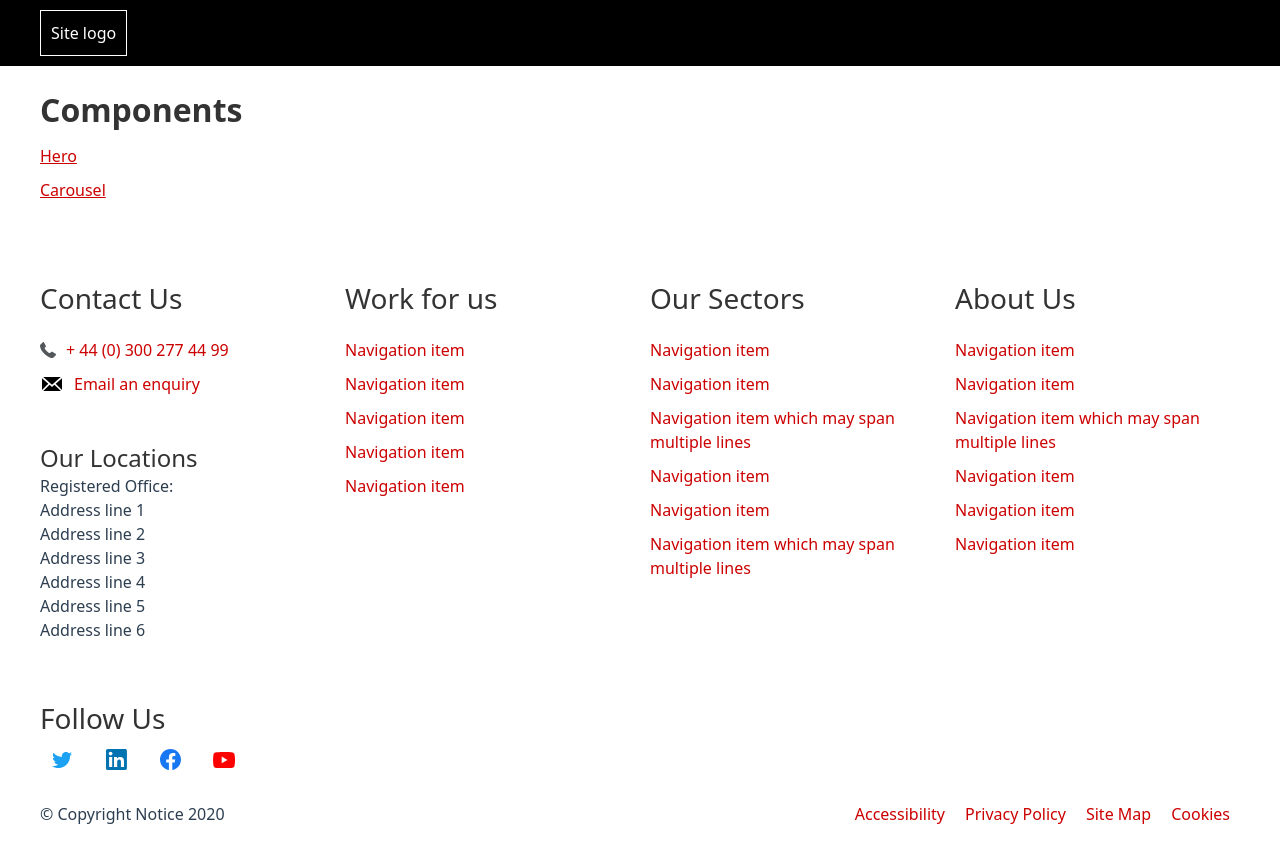
Repository: DaveBaulch/spa
Page: /
An editor plug-in stored every save of this project. The page is shown before and after the next save, followed by the edit.
The browser window is 1280 px wide. The pictures show the whole page.
The project was rebuilt for these pictures with package versions that can differ from the ones it lists, and the page was loaded fresh each time. Also part of the build but not shown: src/assets/styles/main.css.

Above is the page before, as saved 2020-10-15 08:32:22.

### public/index.html
<!DOCTYPE html>
<html lang="en">
  <head>
    <meta charset="utf-8">
    <meta http-equiv="X-UA-Compatible" content="IE=edge">
    <meta name="viewport" content="width=device-width,initial-scale=1.0">
    <link rel="icon" href="<%= BASE_URL %>favicon.ico">
    <title><%= htmlWebpackPlugin.options.title %></title>
    <link href="https://fonts.googleapis.com/css?family=Noto+Sans:400,400i,700,700i&display=swap" rel="stylesheet">

  </head>
  <body>
    <noscript>
      <strong>We're sorry but <%= htmlWebpackPlugin.options.title %> doesn't work properly without JavaScript enabled. Please enable it to continue.</strong>
    </noscript>
    <div id="app"></div>
    <!-- built files will be auto injected -->
  </body>
</html>

### src/App.vue
<template>
  <div id="app">
    <TheSkipLink>
      Skip navigation
    </TheSkipLink>
    <TheHeader @sidenavToggle="displaySidenav = !displaySidenav" />
    <TheSidenav
      :show="displaySidenav"
      @close="displaySidenav = false">
    </TheSidenav>

    <main class="main" id="main">
      <router-view />
    </main>

    <TheFooter />

    <TheScrollTopButton>
      <img src="@/assets/images/svg/chevron-up-white.svg" />
      <span class="sr-only">Back to top</span>
    </TheScrollTopButton>

  </div>
</template>

<script>
import TheHeader from './components/global/TheHeader.vue';
import TheSidenav from '@/components/global/TheSidenav'
import TheFooter from '@/components/global/TheFooter'
import TheSkipLink from '@/components/global/TheSkipLink'
import TheScrollTopButton from '@/components/global/TheScrollTopButton'


export default {
  components: {
    TheHeader,
    TheSidenav,
    TheFooter,
    TheSkipLink,
    TheScrollTopButton
  },
  data() {
    return {
      displaySidenav: false
    }
  }
};
</script>

<style lang="scss">

#app {
  // font-family: Avenir, Helvetica, Arial, sans-serif;
  -webkit-font-smoothing: antialiased;
  -moz-osx-font-smoothing: grayscale;
  text-align: left;
  color: #2c3e50;
}

#nav {
  padding: 30px;

  a {
    font-weight: bold;
    color: #2c3e50;

    &.router-link-exact-active {
      color: #42b983;
    }
  }
}
</style>

### src/assets/sass/_base-styles.scss

@import 'utilities/variables';
@import 'utilities/mixins';
@import 'utilities/animations';

@import 'base/fonts';
@import 'base/resets';
@import 'base/elements';
@import 'base/typography';
@import 'base/forms';

@import 'helpers/text';
@import 'helpers/spacing';
@import 'helpers/colors';

@import 'layout/layout';

### src/components/global/TheHeader.vue
<template>
<div class="header-container">
  <div class="container">
    <header class="header">
      <TheSideNavToggle @toggle="$emit('sidenavToggle')" />
      <div class="logo">
        <router-link to="/">Site logo</router-link>
      </div>
      <div class="navigation-items">
        <!-- <ul class="nav-list">
          <router-link to="/" class="nav-list__item">Home</router-link> |
          <router-link to="/about" class="nav-list__item">About</router-link>
        </ul> -->
      </div>
    </header>
  </div>
</div>
</template>

<script>
import TheSideNavToggle from "@/components/global/TheSideNavToggle";

export default {
  name: "TheHeader",
  components: {
    TheSideNavToggle
  }
};
</script>

<style scoped lang="scss">
@import '../../assets/sass/utilities/_variables.scss';
@import '../../assets/sass/utilities/_mixins.scss';

.header-container {
  width: 100%;
  min-height: 60px;
  background-color: $black;
  position: fixed;
  z-index: 100;

  @include breakpoint(md) {
    position: relative;
  }
}

.header {
  width: 100%;
  min-height: 60px;
  display: flex;
  justify-content: space-between;
  align-items: center;
  background-color: $black;
  box-sizing: border-box;
  padding: 0;
}

.logo {
  margin: 1rem 0;
  padding: 1rem;
  border: 1px solid $white;
}

.logo a {
  text-decoration: none;
  color: $white;
}

.navigation-items {
  display: none;

  @include breakpoint(md) {
    display: block;
  }
}


// .nav-list {
//   list-style: none;
//   padding: 0;
//   margin: 0;
//   display: flex;
// }

// .nav-list__item {
//   margin: 0 10px;
// }

// .nav-item a {
//   text-decoration: none;
//   color: $white;
// }

</style>

### src/components/global/TheSidenav.vue
<template>
<div class="sidenav-container">
  <div
    v-if="show"
    class="sidenav-backdrop"
    @click="$emit('close')"></div>
  <transition name="slide-side">
    <div
      v-if="show"
      class="sidenav">
      <ul
        class="nav-list"
        @click="$emit('close')">
        <li class="nav-item"><router-link to="/">Home</router-link></li>
        <li class="nav-item"><router-link to="/about">About</router-link></li>
      </ul>
    </div>
  </transition>
</div>
</template>

<script>
export default {
  name: "TheSidenav",
  props: {
    show: {
      type: Boolean,
      default: false
    }
  }
};
</script>


<style scoped>
.sidenav-container {
  height: 100%;
  width: 100%;
}

.sidenav-backdrop {
  width: 100%;
  height: 100%;
  background-color: rgba(0, 0, 0, 0.7);
  z-index: 1000;
  position: fixed;
  top: 0;
  left: 0;
}

.sidenav {
  height: 100%;
  width: 300px;
  background-color: white;
  z-index: 10000;
  position: fixed;
  top: 0;
  left: 0;
  box-sizing: border-box;
  padding: 30px;
}

.slide-side-enter-active,
.slide-side-leave-active {
  transition: all 0.3s ease-out;
}
.slide-side-enter,
.slide-side-leave-to {
  transform: translateX(-100%);
}

.nav-list {
  list-style: none;
  padding: 0;
  margin: 0;
}

.nav-item {
  margin: 20px 0;
}

.nav-item a {
  text-decoration: none;
  color: black;
  font-size: 1.5rem;
}

.nav-item a:hover,
.nav-item a:active {
  color: red;
}
</style>

### src/components/global/TheSkipLink.vue
<template>
  <a
    href="#main"
    id="skip-navigation"
    class="skip-link"
    ref="skip-navigation"
    v-scroll-to="{el: '#main'}">
    <slot />
  </a>
</template>



<style scoped lang="scss">
@import '../../assets/sass/utilities/_mixins.scss';
@import '../../assets/sass/utilities/_variables.scss';

.skip-link {
  padding: 0.5rem 1rem 1rem 1rem;
  background-color: $white;
  position: absolute;
  top: -100%;
  left: 2px;
  z-index: 200;
  text-decoration: none !important;
  display: none;

  &:focus {
    top: 2px;
    transition: $transition-speed-medium ease all;
    color: $black;
  }

  @include breakpoint(md) {
    display: flex;
  }
}

.skip-link:visited {
  color: $black;
}
</style>

### src/components/global/TheScrollTopButton.vue
<template>
  <a class="btn-scroll-top" :class="{ active: buttonVisible }" ref="scroll-button" id="scroll-top" href="#skip-navigation" v-scroll-to="{el: '#skip-navigation', onDone: onDone}">
    <slot />
  </a>
</template>

<script>
export default {
  name: "TheScrollTopButton",
  data: function () {
    return {
      scrollPosition: null,
      buttonVisible: false
    }
  },
  methods: {
    onDone() {
      document.getElementById('skip-navigation').focus();
    },
    updateScroll() {
      this.scrollPosition = window.scrollY
      // console.log(this.scrollPosition)
      if ( this.scrollPosition > 100 ){
        this.buttonVisible = true;
      } else {
        this.buttonVisible = false;
      }
    }
  },
  mounted() {
    window.addEventListener('scroll', this.updateScroll);
  }
};
</script>


<style scoped lang="scss">
@import "../../assets/sass/utilities/_variables.scss";
@import "../../assets/sass/utilities/_mixins.scss";

.btn-scroll-top {
  position: fixed;
  z-index: 100;
  bottom: 20px;
  right: 20px;
  width: 44px;
  height: 44px;
  overflow: hidden;
  text-indent: -1999em;
  color: $white;
  background-color: $white;
  border: 1px solid $grey-dark;;
  opacity: 0;
  transition: 300ms ease all;
  display: flex;
  align-items: center;
  justify-content: center;
  display: none;

  @include breakpoint(md) {
    bottom: 85px;
    display: flex;
  }

  &.active {
    opacity: 0.9;
  }
}

</style>

### src/views/Home.vue
<template>

  <div class="home">

    <div class="container">
      <h1>Components</h1>
        <ul class="component-list">
          <li class="component-list__item"><router-link to="/hero" class="component-list__link">Hero</router-link></li>
          <li class="component-list__item"><router-link to="/carousel" class="component-list__link">Carousel</router-link></li>
        </ul>
    </div>

  </div>

</template>

<script>
// @ is an alias to /src
export default {
  name: "Home",
  components: {
  }
};
</script>

<style scoped lang="scss">
@import '../assets/sass/utilities/_variables.scss';
@import '../assets/sass/utilities/_mixins.scss';

.component-list {
  list-style: none;
  padding: 0;
  margin: 0;

}

.component-list__item {
  margin: 1rem 0 0 0;
  padding: 0;
}

.component-list__link {
  margin: 0;

  a {
    text-decoration: none;
    color: $white;
  }
}


</style>

### src/assets/sass/utilities/_variables.scss
// -------------------------
// 'true' is default
//  setting this creates extra responsive classes targetting defined breakpoints
//  eg the 'visually-hidden' mixin
$responsive: true !default;

// Custom 'brand' fonts
//$font: 'Open Sans', sans-serif; //Available weights 400,600,700
$font: 'Noto Sans', sans-serif;
// https://fonts.google.com/specimen/Noto+Sans?selection.family=Noto+Sans
// 400,400i,700,700i

$font-weight-light: 400;
$font-weight-normal: 400;
$font-weight-bold: 700;

// Let's set the base font size to 62.5% (10px) for easier calculations
$base-font-size: 62.5%;
$base-line-height: 1.5 !default;

$body-font-desktop: 1.6rem; // = 16px
$body-font-mobile: 1.6rem; // = 16px

// Breakpoints
// -------------------------

// Named breakpoints
$breakpoint-xs: 320px;
$breakpoint-sm: 576px;
$breakpoint-md: 768px;
$breakpoint-lg: 992px;
$breakpoint-xl: 1200px;

$xs-min: 0;
$xs-max: ($breakpoint-sm - 1);

$sm-min: $breakpoint-sm;
$sm-max: ($breakpoint-md - 1);

$md-min: $breakpoint-md;
$md-max: ($breakpoint-lg - 1);

$lg-min: $breakpoint-lg;
$lg-max: ($breakpoint-xl - 1);

$xl-min: $breakpoint-xl;

// Colors
// -------------------------

// Base colors
$white: #fff;
$black: #000;

$grey-dark: #616161;
$grey-light: #ddd;
$grey-lighter: #eee;

$blue: #06c;
$green: #298700;
$red: #db1731;

// Background color
$body-bg-color: #fff !default;

// Brand colors
$brand-color-1: $grey-light;

// Text colors
$color-text: #333;
$color-headings: #333;
$color-error: #eee;

// Link colors
$color-link-active: #c00;
$color-link-visited: #c00;
$color-link-hover: #333;
$color-link-focus: #d4d4d4;
$color-link-disabled: #d4d4d4;

// Form colors
$color-invalid: #f0dddd;

// Borders
// -------------------------

// Border colors
$color-border: $grey-light;
$color-border-dark: $grey-dark;
$color-border-light: $grey-lighter;

// Border styling
$border-radius: 5px;
$border-width: 1px;
$border-style: solid;
$border-color: $color-border;

$border: $border-width $border-style $border-color;

// Focus state styling
$focus-outline-width: 2px;
$focus-outline-style: solid;
$focus-outline-color: $red;
$focus-outline: $focus-outline-width $focus-outline-style $focus-outline-color;
$focus-outline-offset: 0;

// Default projext transitions
$transition-speed: 0.4s;
$transition-easing: ease;

// some different speed variables
$transition-speed-slow: 1.2s;
$transition-speed-medium: 0.8s;
$transition-speed-fast: 0.2s;

// z-index scale
// --------------------------------------------------
$z-index-1: 100;
$z-index-2: 200;
$z-index-3: 300;
$z-index-4: 400;
$z-index-5: 500;
$z-index-6: 600;
$z-index-7: 700;
$z-index-8: 800;
$z-index-9: 900;
$z-index-10: 1000;

### src/assets/sass/utilities/_mixins.scss
@mixin fill {
  width: 100%;
  height: 100%;
}

@mixin imageCover {
  object-fit: cover;
  @include fill;
}

@mixin absoluteFill {
  display: block;
  position: absolute;
  top: 0;
  left: 0;
  @include fill;
}

@mixin textGradient($top: $brand-primary, $bottom: $brand-light) {
  background: linear-gradient($top, $bottom);
  background-clip: text;
  -webkit-text-fill-color: transparent;
}

// accessible text
@mixin sr-only {
  border: 0 !important;

  height: 1px !important;
  margin: (-1px) !important;
  overflow: hidden !important;
  padding: 0 !important;
  position: absolute !important;
  width: 1px !important;
}

// breakpoints
// uses breakpoints defined in variables.scss
@mixin breakpoint($point, $value: 0) {
  @if $point==xs {
    @media screen and (max-width: $xs-max) {
      @content;
    }
  } @else if $point==sm {
    @media screen and (min-width: $sm-min) {
      @content;
    }
  } @else if $point==md {
    @media screen and (min-width: $md-min) {
      @content;
    }
  } @else if $point==lg {
    @media screen and (min-width: $lg-min) {
      @content;
    }
  } @else if $point==xl {
    @media screen and (min-width: $xl-min) {
      @content;
    }
  } @else {
    @media screen and ($point: $value) {
      @content;
    }
  }
}

@mixin between-breakpoints($min, $max) {
  @media screen and (min-width: $min) and (max-width: $max) {
    @content;
  }
}

@mixin full-width {
  width: 100vw;
  position: relative;
  left: 50%;
  right: 50%;
  margin-left: -50vw;
  margin-right: -50vw;
}

### src/assets/sass/utilities/_animations.scss
@keyframes fadeIn {
    from {
      opacity: 0;
      visibility: hidden;
    }
    to {
      opacity: 1;
      visibility: visible;
    }
  }

@keyframes fadeOut {
    from {
      opacity: 1;
      visibility: visible;
    }
    to {
      opacity: 0;
      visibility: hidden;
    }
  }

@keyframes slideTop {
  0% {
    transform: translateY(100px);
  }
  100% {
    transform: translateY(0);
  }
}

@mixin fadeIn($duration: 0.3s) {
  animation: {
    name: fadeIn;
    fill-mode: forwards;
    duration: #{$duration};
  }
}

@mixin fadeOut($duration: 0.3s) {
  animation: {
    name: fadeOut;
    fill-mode: forwards;
    duration: #{$duration};
  }
}

### src/assets/sass/base/_fonts.scss
// @font-face {
//   font-family: 'hurme';
//   src: url('~assets/fonts/hurme/hurme-light.otf') format('opentype');
//   font-weight: $font-weight-light;
// }

// @font-face {
//   font-family: 'hurme';
//   src: url('~assets/fonts/hurme/hurme-regular.otf') format('opentype');
//   font-weight: $font-weight-normal;
// }

// @font-face {
//   font-family: 'hurme';
//   src: url('~assets/fonts/hurme/hurme-semiBold.otf') format('opentype');
//   font-weight: $font-weight-bold;
// }

### src/assets/sass/base/_resets.scss
html {
  //Prevent iOS input highlighting
  box-sizing: border-box;
  font-size: $base-font-size;
  -webkit-tap-highlight-color: rgba(0, 0, 0, 0);
}

body {
  -moz-osx-font-smoothing: grayscale;
  -webkit-font-smoothing: antialiased;
  background-color: $body-bg-color;
  color: $color-text;
  font-size: $body-font-mobile;
  line-height: $base-line-height;
  text-align: left;
  margin: 0;
  padding: 0;
  font-weight: $font-weight-light;

  @include breakpoint(lg) {
    font-size: $body-font-desktop;
  }
}

html,
body {
  max-width: 100% !important;
  overflow-x: hidden !important;
}

img {
  display: block;
  height: auto;
  -ms-interpolation-mode: bicubic;
  // option to make images responsive by default
  max-width: 100%;
}

### src/assets/sass/base/_elements.scss
button {
  cursor: pointer;
  margin: 0;
}

img {
  max-width: 100%;
  pointer-events: none;

  &:not([src]) {
    visibility: hidden;
  }
}

a {
  text-decoration: none;
  color: inherit;
}

ul:not([class]) {
  list-style: disc;
}

ol:not([class]) {
  list-style: decimal;
}

### src/assets/sass/base/_typography.scss
body {
  font-family: $font;
  font-weight: $font-weight-normal;
}

// Generic heading styling

h1,
h2,
h3,
h4,
h5 {
  margin: 0;
  padding: 0;
  margin-top: 2rem;
  color: $color-headings;
  font-weight: $font-weight-bold;
}

h1 {
  font-size: 2rem;
  font-weight: 700;
  line-height: 1.6;

  @include breakpoint(lg) {
    font-size: 3.2rem;
    line-height: 1.5;
  }
}

h2 {
  font-size: 2rem;
  font-weight: 400;
  line-height: 1.4;
  margin: 2.9rem 0 0 0;

  @include breakpoint(lg) {
    font-size: 2.8rem;
    line-height: 1.43;
    margin: 4.6rem 0 0 0;
  }
}

h3 {
  font-size: 1.8rem;
  font-weight: 400;
  line-height: 1.33;
  margin: 2.9rem 0 0 0;

  @include breakpoint(lg) {
    font-size: 2.4rem;
    line-height: 1.33;
    margin: 4.6rem 0 0 0;
  }
}

h4 {
  font-size: 1.8rem;
  font-weight: 400;
  line-height: 1.5;
  margin: 2.9rem 0 0 0;


  @include breakpoint(lg) {
    font-size: 2.4rem;
    line-height: 1.4;
    margin: 4.6rem 0 0 0;
  }
}

h5 {
  font-size: 1.8rem;
  font-weight: 400;
  line-height: 1.5;
  margin: 2.9rem 0 0 0;

  @include breakpoint(lg) {
    font-size: 2.4rem;
    line-height: 1.56;
    margin: 4.6rem 0 0 0;
  }
}

// Link styles

a {
  color: $color-link-active;
  text-decoration: underline;
}

a:visited {
  color: $color-link-visited;
}

a:hover {
  color: $color-link-hover;
}

a:focus {
  color: $color-link-hover;
  outline: $focus-outline;
}

// Standard text paragraphs

p {
  margin: 2rem 0 0 0;
  padding: 0;
}

// List styles
ol,
ul {
  margin: 2rem 0 0 0;
  padding: 0;
  list-style: none;

  &:not([class]) {
    margin: 0 1.22rem 0.8rem 1.5rem;
    list-style-position: inside;
  }
}

ol:not([class]) {
  list-style-type: decimal;
}

ul:not([class]) {
  list-style-type: disc;
}

// Definition list styles

dl {
}

dt {
  font-weight: bold;
}

// Opinionated styling of typographic elements

hr {
  height: 1px;
  margin: 1em 0;
  padding: 0;
  display: block;
  border: 0;
  border-top: 1px solid $grey-light;
}

blockquote {
  margin: 0;
  padding: 0 10px;
}

ins {
  background: $red;
  color: $black;
  text-decoration: none;
}

mark {
  font-style: italic;
  font-weight: bold;
}

pre {
  white-space: pre-wrap;
  word-wrap: break-word;
}

### src/assets/sass/helpers/_text.scss
.uppercase {
  text-transform: uppercase;
}

.font-light {
  font-weight: $font-weight-light;
}

.font-normal {
  font-weight: $font-weight-normal;
}

.font-bold {
  font-weight: $font-weight-bold;
}

.sr-only {
  @include sr-only;
}

### src/assets/sass/helpers/_spacing.scss
.no-padding {
  padding: 0;
}

.no-margin {
  margin: 0;
}

### src/assets/sass/helpers/_colors.scss
// .bg-white {
//   background-color: $brand-white;
// }
// .bg-white-alt {
//   background-color: $brand-white-alt;
// }
// .bg-black {
//   background-color: $brand-black;
// }
// .bg-primary {
//   background-color: $brand-primary;
// }
// .bg-primary-alt {
//   background-color: $brand-primary-alt;
// }
// .bg-dark {
//   background-color: $brand-dark;
// }
// .bg-dark-alt {
//   background-color: $brand-dark-alt;
// }
// .bg-light {
//   background-color: $brand-lightest;
// }
// .bg-light-alt {
//   background-color: $brand-light-alt;
// }

### src/assets/sass/layout/_layout.scss
.container {
  width: 100%;
  max-width: 1200px;
  margin: 0 auto;
  padding: 0;
  position: relative;
  padding: 0 15px;
}

.row {
  display: grid;
  grid-template-columns: repeat(12, 1fr);
  grid-gap: 20px;
}

.main {
  padding-top: 60px;

  @include breakpoint(md) {
    padding-top: 0;
  }
}

// picturefill-background background images
.picturefill-background {
  background-size: cover;
  background-repeat: no-repeat;
  opacity: 1;
  transition: opacity 2s ease;

  &.is-lazy {
    opacity: 0;
  }
}

### src/components/global/TheSocialSharing.vue
<template>
  <div class="social-links-wrapper">
    <h2 class="social-links-title">Follow Us</h2>
    <ul class="social-links">
      <li class="social-links__item">
        <TheSocialSharingItem>
          <img src="@/assets/images/svg/icon-footer-twitter.svg" width="20" height="16" alt="Twitter" />
          <span class="sr-only">Twitter</span>
        </TheSocialSharingItem>
      </li>
      <li class="social-links__item">
        <TheSocialSharingItem>
          <img src="@/assets/images/svg/icon-footer-linkedin.svg" width="21" height="21" alt="LinkedIn" />
          <span class="sr-only">LinkedIn</span>
        </TheSocialSharingItem>
      </li>
      <li class="social-links__item">
        <TheSocialSharingItem>
          <img src="@/assets/images/svg/icon-footer-facebook.svg" width="21" height="21" alt="Facebook" />
          <span class="sr-only">Instagram</span>
        </TheSocialSharingItem>
      </li>
      <li class="social-links__item">
        <TheSocialSharingItem href="https://www.youtube.com/">
          <img src="@/assets/images/svg/icon-footer-youtube.svg" width="22" height="16" alt="YouTube" />
          <span class="sr-only">You Tube</span>
        </TheSocialSharingItem>
      </li>
    </ul>
  </div>
</template>

<script>
import TheSocialSharingItem from "@/components/global/TheSocialSharingItem";

export default {
  name: "TheSocialSharing",
  components: {
    TheSocialSharingItem
  }
};
</script>

<style scoped lang="scss">
@import '../../assets/sass/utilities/_variables.scss';

.social-links {
  margin: 0 auto;
  list-style: none;
  display: flex;
}

.social-links__item {
  margin: 0 1rem 0 0;
}

</style>

### src/components/global/TheSocialSharingItem.vue
<template>
  <a :href="href"
    class="social-sharing-item"
    ><slot /></a>
</template>

<script>
export default {
  name: 'TheSocialSharingItem',
  props: {
    href: {
      type: String,
      default: ''
    }
  }
}
</script>


<style scoped lang="scss">
@import '../../assets/sass/utilities/_variables.scss';

.social-sharing-item {
  display: flex;
  align-items: center;
  justify-content: center;
  width: 44px;
  height: 44px;

  &:hover,
  &:focus {
    color: $color-link-hover;
    text-decoration: underline;
  }
}
</style>

Loaded but not shown: src/registerServiceWorker.js (common file); src/store/index.js (common file); src/components/global/TheSideNavToggle.vue (common file); src/router/index.js (40 lines, source omitted); src/main.js (19 lines, source omitted); src/assets/sass/base/_forms.scss (498 lines, source omitted); src/components/global/TheFooter.vue (339 lines, source omitted)

After the next save:
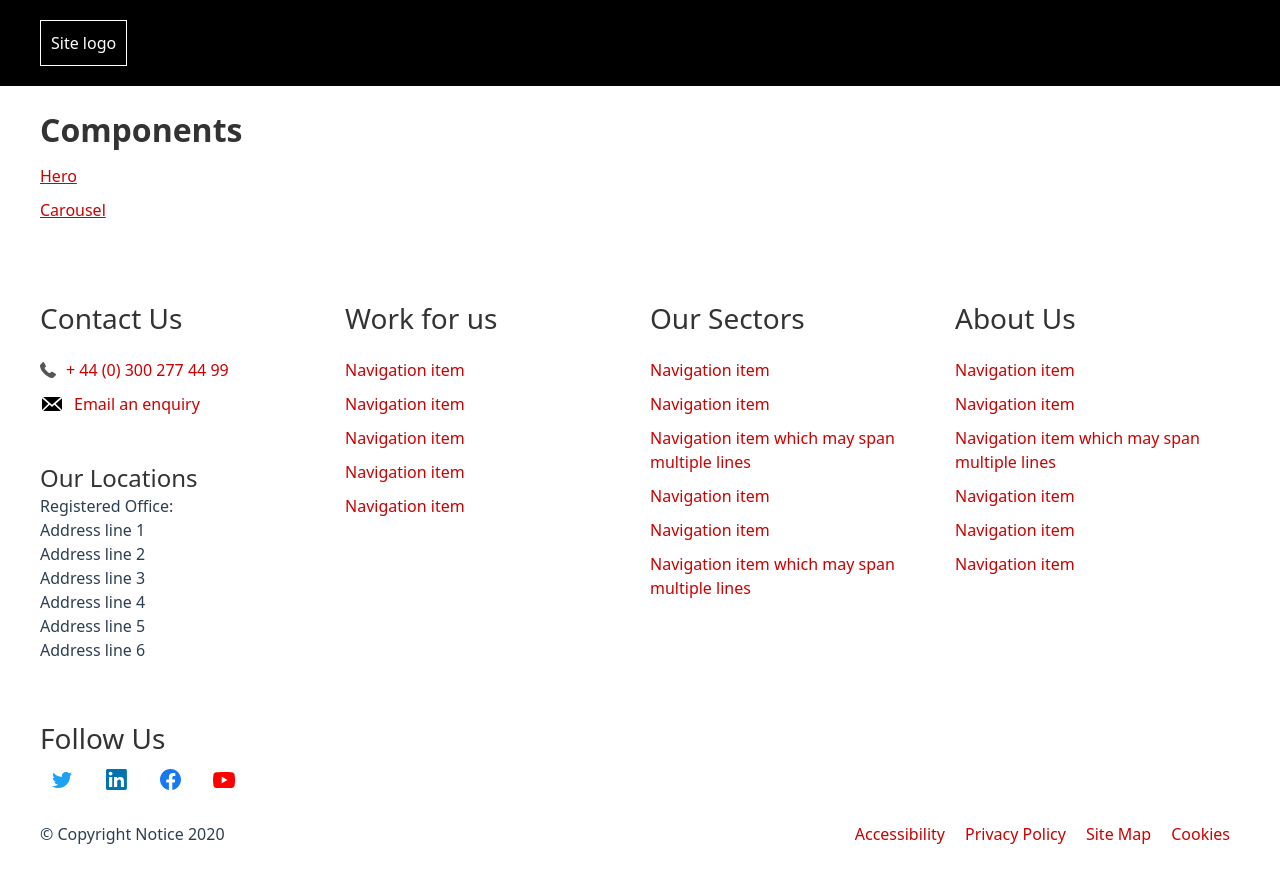
Saved 6 s later.
--- a/src/components/global/TheHeader.vue
+++ b/src/components/global/TheHeader.vue
@@ -56,7 +56,7 @@ export default {
 }
 
 .logo {
-  margin: 1rem 0;
+  margin: 2rem 0;
   padding: 1rem;
   border: 1px solid $white;
 }
